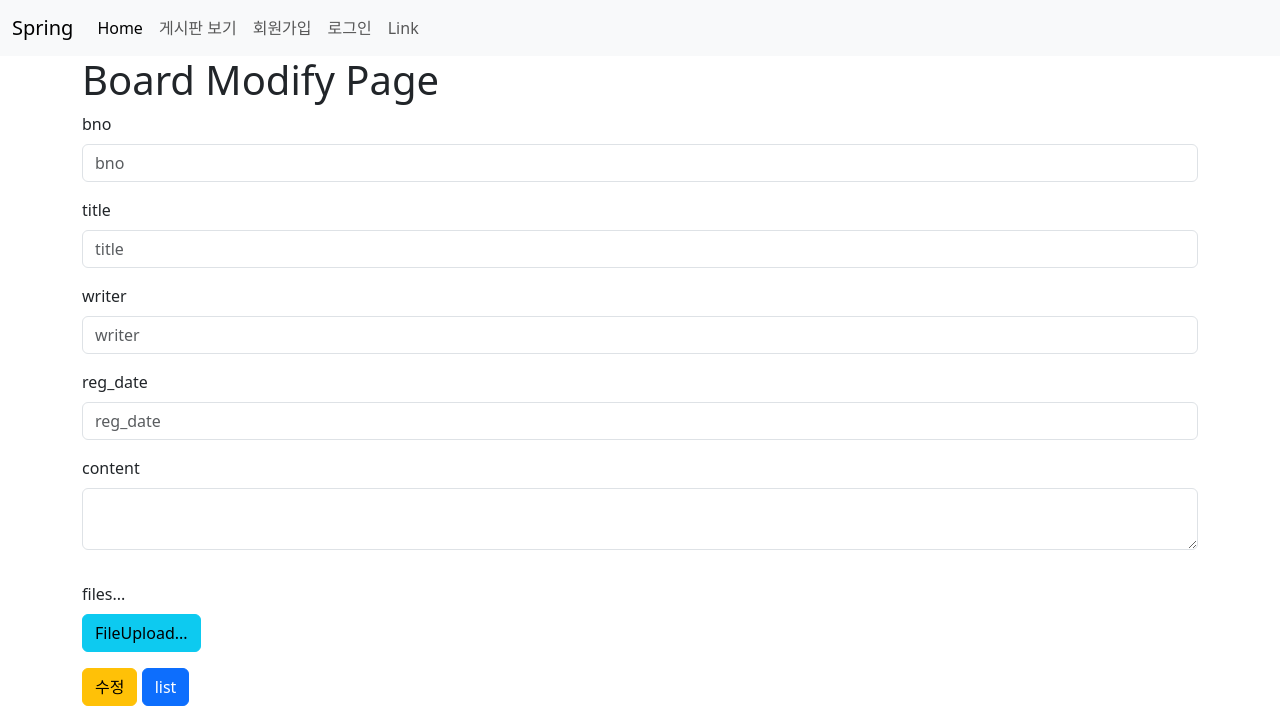
Repository: kimnoanoa/springTest240430
Page: http://localhost/spring_study/WEB-INF/views/board/modify.jsp
The author's editor kept a copy of each file at every save. The page is drawn from the files as they stood at one save, then again after the next save.
The browser window is 1280 px wide. The pictures show the whole page.
The page is served by Tomcat 9. Nobody is signed in. The template is opened directly, without the code that normally fills it, so the values that code supplies are empty.

Above is the page before, as saved 2024-04-30 02:19:38.

After the next save:
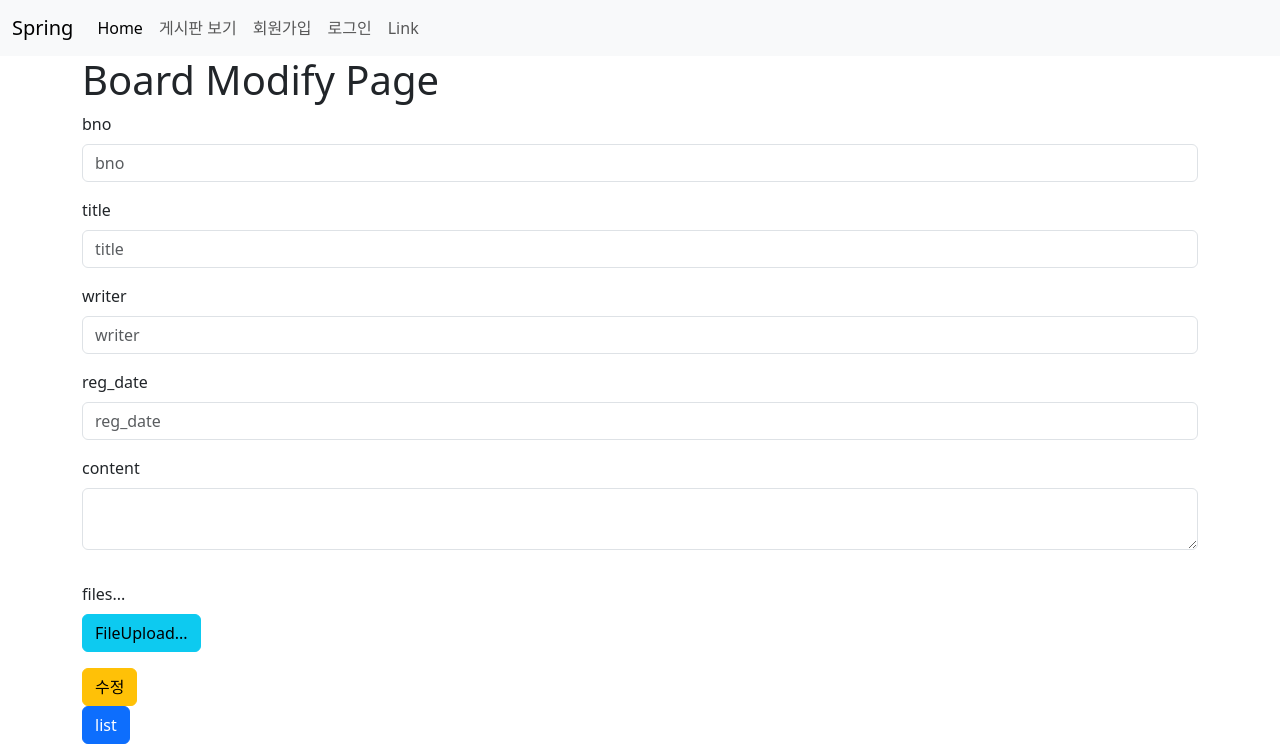
Saved 3 min 6 s later.
--- a/spring_study/src/main/webapp/WEB-INF/views/board/modify.jsp
+++ b/spring_study/src/main/webapp/WEB-INF/views/board/modify.jsp
@@ -89,10 +89,10 @@
 
       </div>
 
+    <button type="submit" class="btn btn-warning" id="regBtn">수정</button>
    </form>
 
 
-    <a><button type="submit" class="btn btn-warning" id="regBtn">수정</button></a>
    <a href="/board/list"><button type="button" class="btn btn-primary">list</button></a>
 
 </div>

After the save that followed:
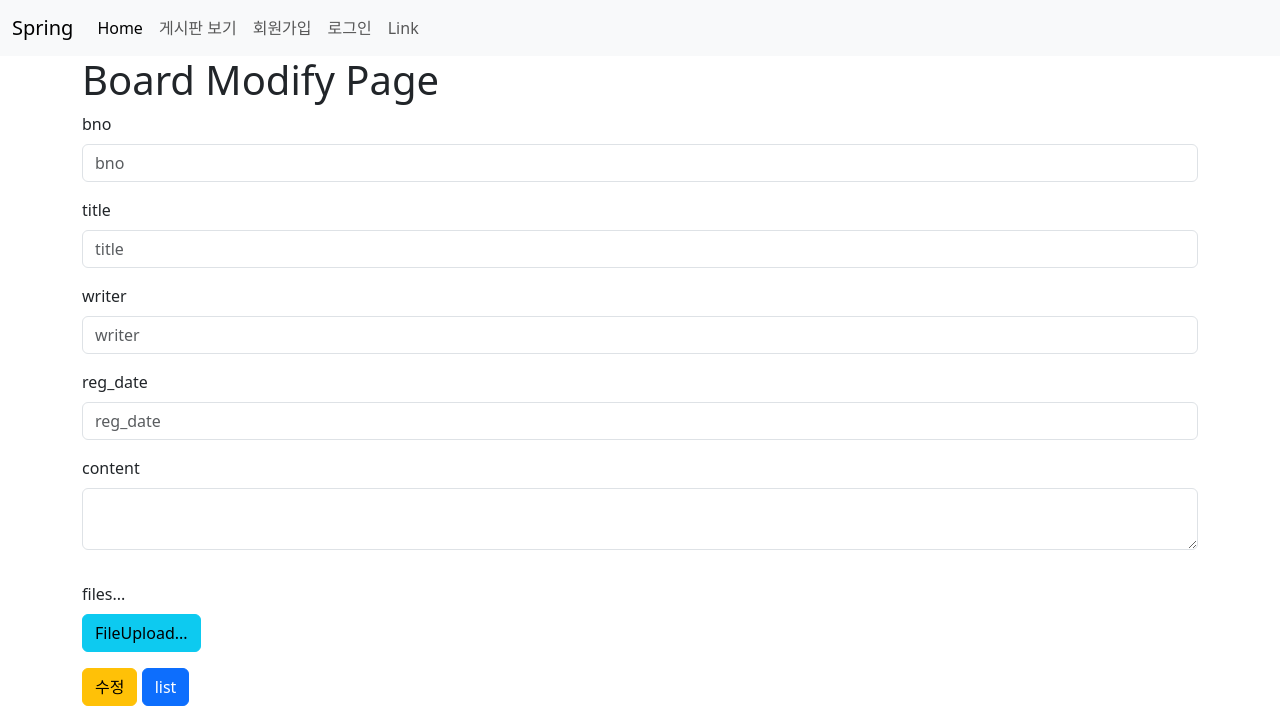
Saved 39 s later.
--- a/spring_study/src/main/webapp/WEB-INF/views/board/modify.jsp
+++ b/spring_study/src/main/webapp/WEB-INF/views/board/modify.jsp
@@ -90,10 +90,10 @@
       </div>
 
     <button type="submit" class="btn btn-warning" id="regBtn">수정</button>
+   <a href="/board/list"><button type="button" class="btn btn-primary">list</button></a>
    </form>
 
 
-   <a href="/board/list"><button type="button" class="btn btn-primary">list</button></a>
 
 </div>
 <script type="text/javascript" src="/resources/js/boardModify.js"></script>
